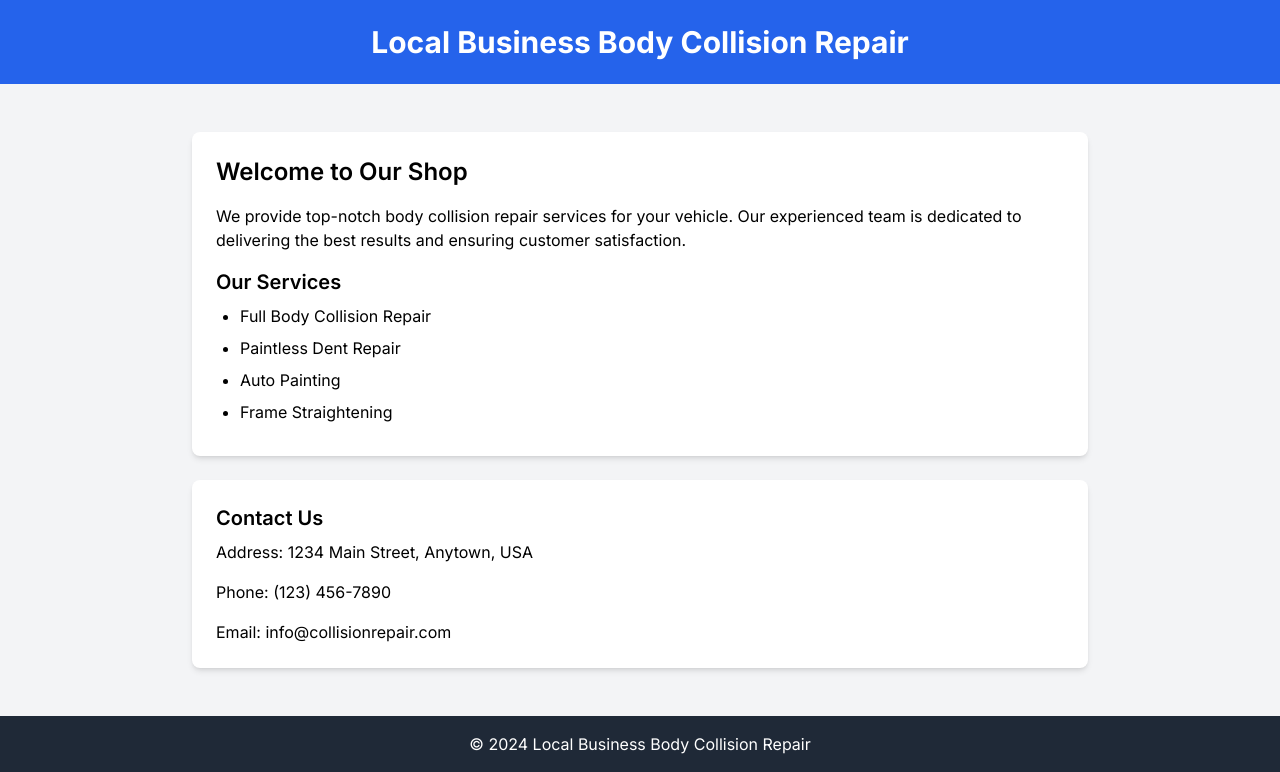
Repository: kayacancode/midcitybodyworks
Page: /
These files come from the project's save history. The page is drawn as it stood at one moment and after the next save; the edit follows.
The browser window is 1280 px wide. The pictures show the whole page.
The project was rebuilt for these pictures with package versions that can differ from the ones it lists, and the page was loaded fresh each time. The framework's server and built-in components were replaced by stand-ins that run in the browser. Also part of the build but not shown: next.config.mjs.

Above is the page before, as saved 2024-06-29 11:58:54.

After the next save:
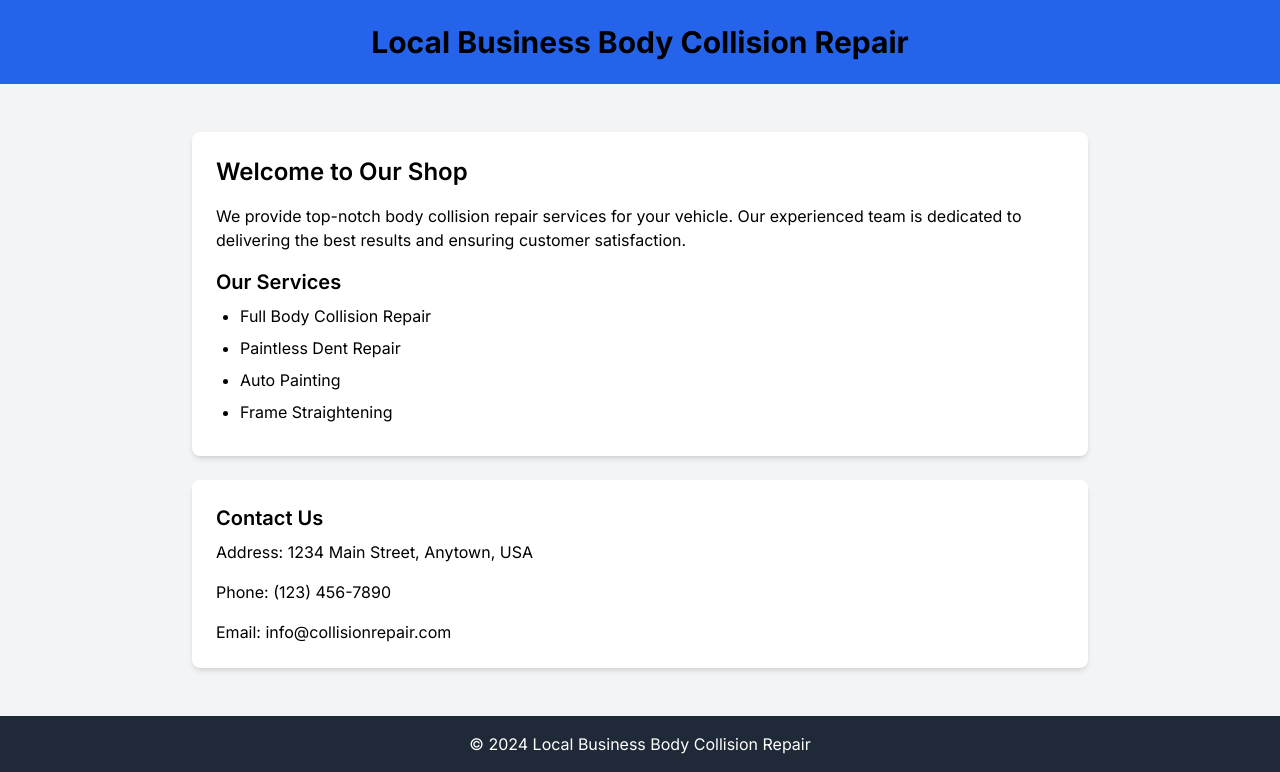
Saved 14 s later.
--- a/src/app/page.js
+++ b/src/app/page.js
@@ -3,7 +3,7 @@ import Image from "next/image";
 export default function Home() {
   return (
     <div className="min-h-screen bg-gray-100 flex flex-col justify-center items-center">
-      <header className="bg-blue-600 text-white w-full py-6">
+      <header className="bg-blue-600 text-black w-full py-6">
         <h1 className="text-center text-3xl font-bold">Local Business Body Collision Repair</h1>
       </header>
       <main className="flex flex-col items-center p-6">
